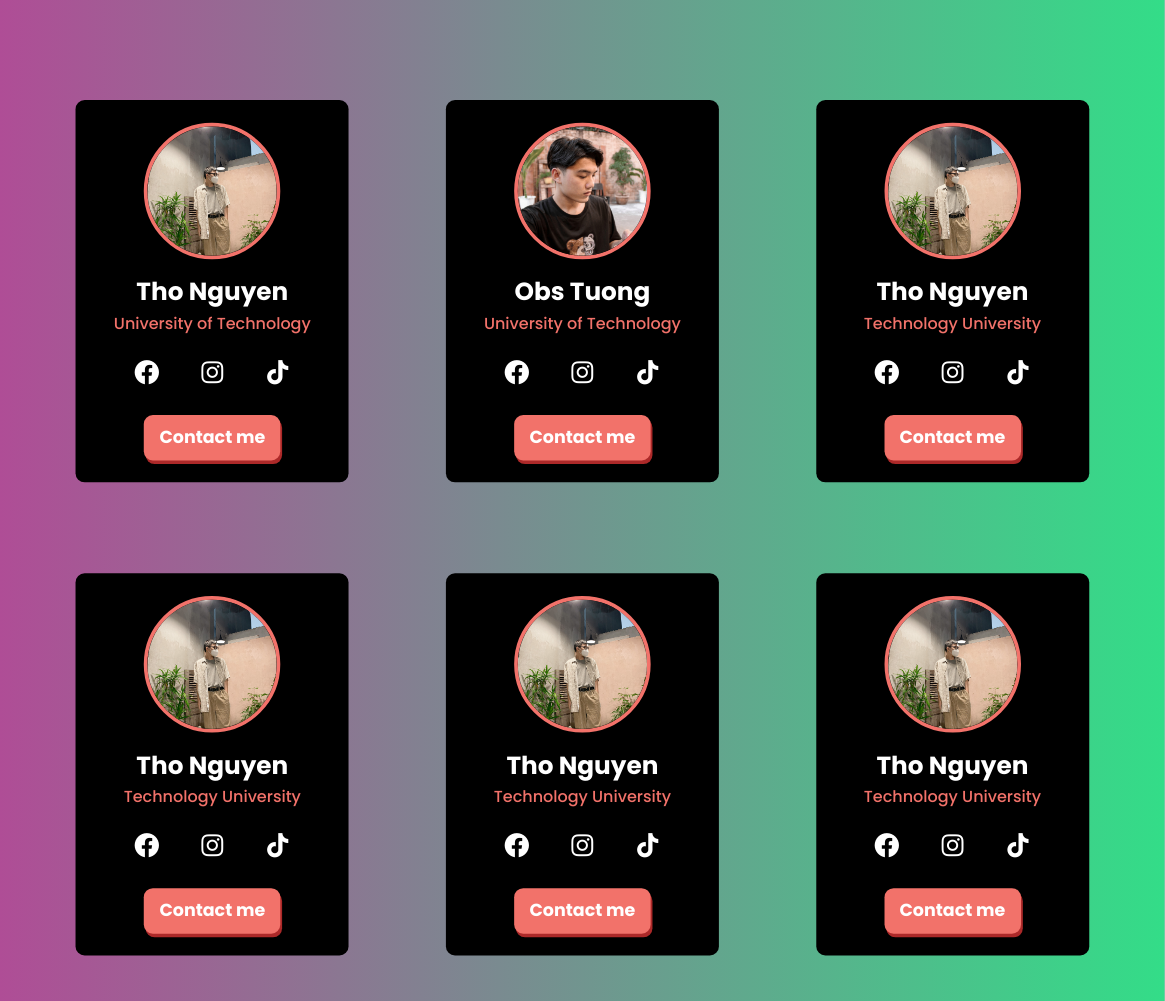
Repository: lausamtuong/profileCard
Page: index.html
The author's editor kept a copy of each file at every save. The page is drawn from the files as they stood at one save, then again after the next save.
The browser window is 1280 px wide. The pictures show the whole page, at 91% of full size.
The style sheet was rebuilt from its Sass, Less or Tailwind sources for each picture, by a compiler version that may differ from the author's.

Above is the page before, as saved 2021-12-14 18:35:54.

After the next save:
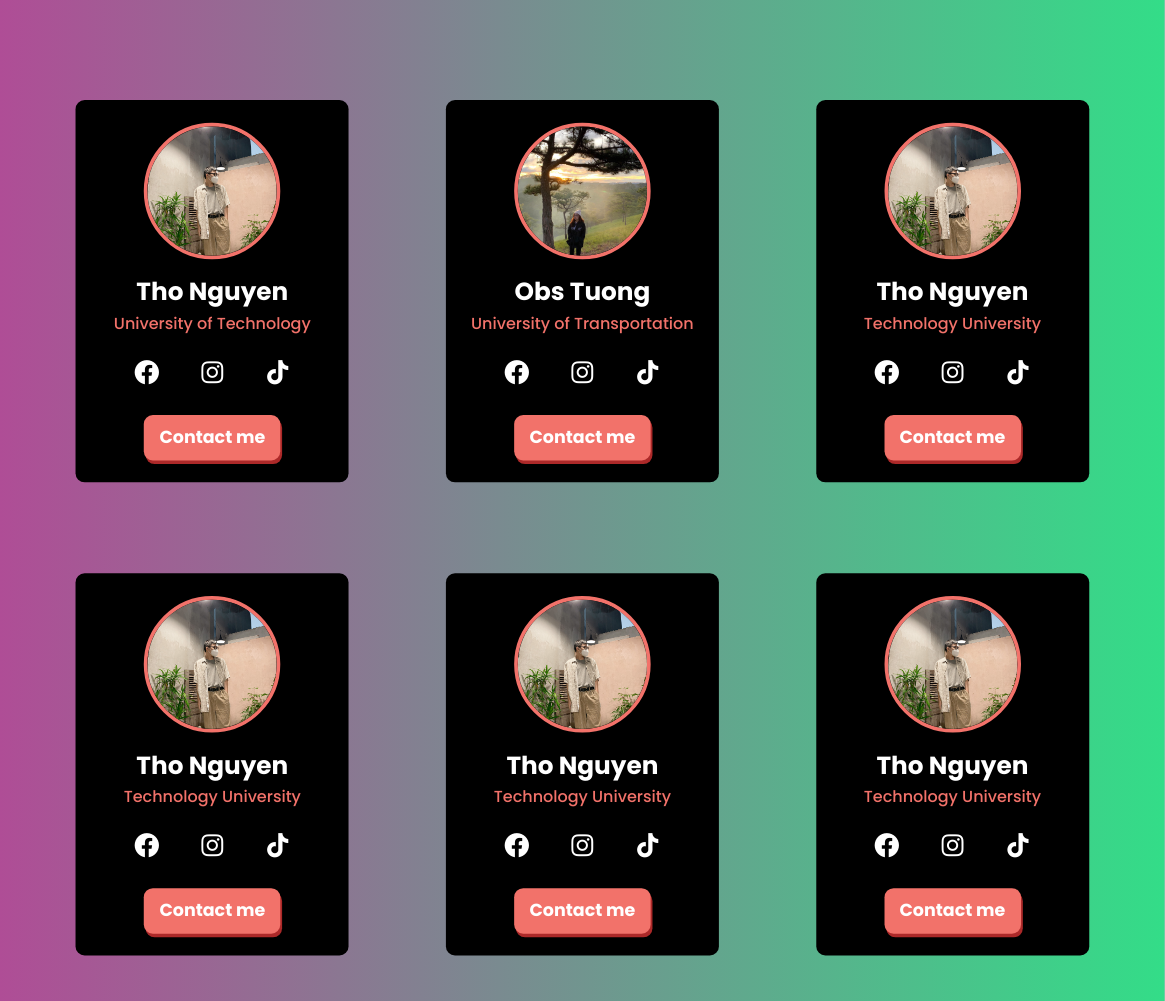
Saved 9 s later.
--- a/index.html
+++ b/index.html
@@ -32,10 +32,10 @@
         <div class="card__item">
 
             <div class="card__image">
-                <img src="tuong.jpg" alt="">
+                <img src="uyen.jpg" alt="">
             </div>
             <div class="card__name">Obs Tuong</div>
-            <div class="card__school">University of Technology </div>
+            <div class="card__school">University of Transportation </div>
             <div class="card__social">
                 <a href="https://www.facebook.com/minhuyen.truong.75">
                     <i class='bx bxl-facebook-circle'></i>
